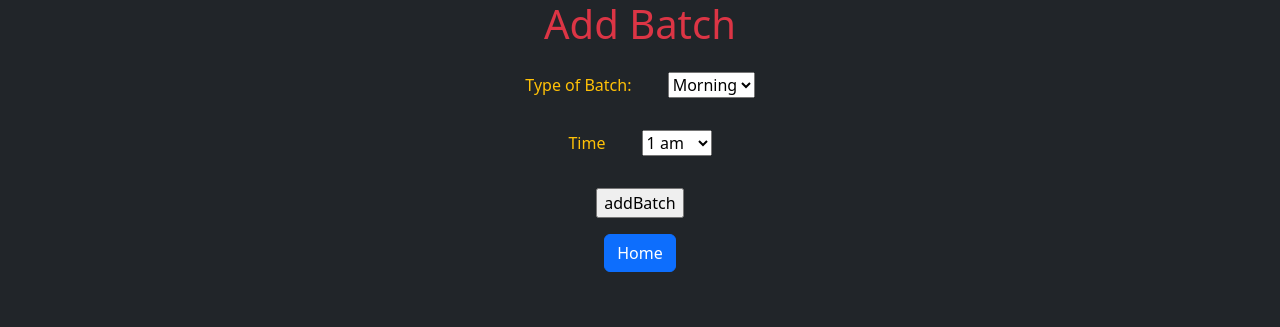
Repository: Jannis-Buschhaus/simplilearn-assessment-phase2
Page: http://localhost/FunfitWebapp/addBatch.jsp
An editor plug-in stored every save of this project. The page is shown before and after the next save, followed by the edit.
The browser window is 1280 px wide. The pictures show the whole page.
The page is served by Tomcat 9.

Above is the page before, as saved 2024-05-30 14:29:12.

After the next save:
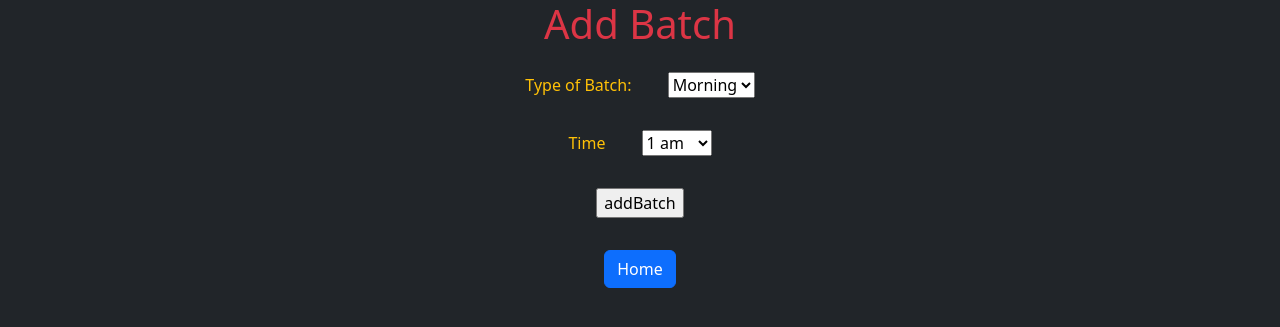
Saved 4 s later.
--- a/FunfitWebapp/src/main/webapp/addBatch.jsp
+++ b/FunfitWebapp/src/main/webapp/addBatch.jsp
@@ -27,7 +27,7 @@
 		</select><br />
 		<input class="m-3" type="submit" value="addBatch" />
 		</form>
-		<a  class="btn btn-primary" href="index.jsp">Home</a>
+		<a  class="btn btn-primary m-3" href="index.jsp">Home</a>
 	</div>
 </body>
 </html>
